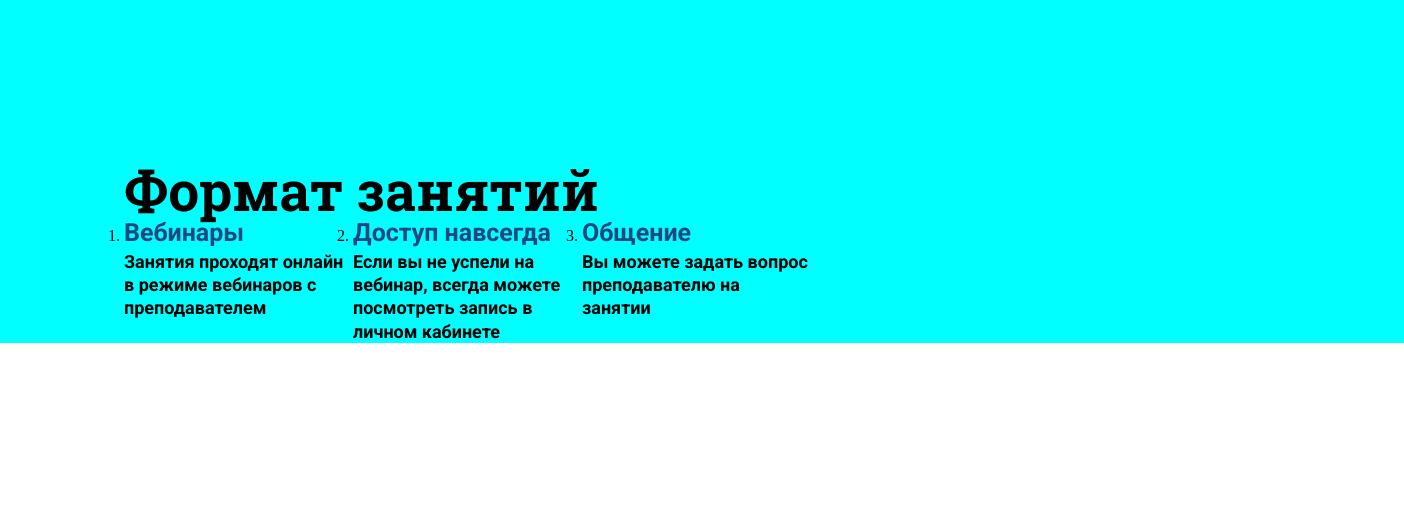
Repository: PoladEziz/Task2
Page: index.html
These files come from the project's save history. The page is drawn as it stood at one moment and after a run of saves; the edit follows.
The browser window is 1280 px wide. The page is 1404 px wide, so the pictures cover 1404 px, including what lies to the right of the window. The pictures show the whole page.

Above is the page before, as saved 2023-05-04 17:20:35.

### index.html
<!DOCTYPE html>
<html lang="en">

<head>
    <meta charset="UTF-8">
    <meta http-equiv="X-UA-Compatible" content="IE=edge">
    <meta name="viewport" content="width=device-width, initial-scale=1.0">
    <title>Document</title>
    <link rel="stylesheet" href="index.css">
</head>

<body>
    <div class="main">
        <div class="page-1">
            <h1>Формат занятий</h1>
            <div class="top_child">

                <ul>
                    <li>
                        <h2>Вебинары</h2>
                        <p>Занятия проходят онлайн
                            в режиме вебинаров
                            с преподавателем</p>
                    </li>

                    <li>
                        <h2>Доступ навсегда</h2>
                        <p>Если вы не успели на вебинар, всегда можете посмотреть запись в личном кабинете</p>
                    </li>

                    <li>
                        <h2>Общение</h2>
                        <p>Вы можете задать вопрос
                            преподавателю на занятии</p>
                    </li>


                </ul>
            </div>

        </div>
        <!-- <div class="page-2">
            <h1>Что узнаем</h1>
            <ul>
                <li>Кто чем занят в съёмочной группе; </li>
                <li>На какие этапы делится кинопроизводство; </li>
                <li>Как выглядит сценарий фильма и как он меняется по ходу съёмок; </li>
                <li>Какими методами режиссёры заставляют нас смеяться, плакать и грустить; </li>
                <li>Как построение кадра, музыка и свет помогают считывать заложенные в фильм смыслы; </li>
                <li>Какие жанры есть в кино и как от них зависит работа операторов, осветителей и монтажёров; </li>
                <li>Как, зная всё это, понимать, о чем фильм.</li>
            </ul>




        </div> -->


    </div>
</body>

</html>

### index.css
@import url('https://fonts.googleapis.com/css2?family=Roboto+Slab:wght@700&family=Roboto:wght@700&display=swap');

* {
    margin: 0;
    padding: 0;
}

.main {
    width: 100%;
    display: flex;
    flex-direction: column;
}

.page-1{
    width: 100%;
    background-color: aqua;
    padding-top: 162px;
    padding-left: 124px;
}

.page-1  h1 {
    font-family: "Roboto Slab";
    font-style: normal;
    font-weight: 700;
    font-size: 55px;
    line-height: 55px;
}
.page-1 ul{
    display: flex;
}
.page-1 ul li {
    list-style-type: noe;
    width: 229px;
}

.page-1 ul li h2 {
    font-family: 'Roboto';
    font-style: normal;
    font-weight: 700;
    font-size: 25px;
    line-height: 130%;
    color: #1E4681;
}

.page-1 ul li p {
    font-family: 'Roboto';
    font-style: normal;
    font-weight: 700;
    font-size: 18px;
    line-height: 130%;
}

.top_child {
    display: flex;
    flex-direction: row;
    width: 100%;
}

.page-1 h1 {
    width: 100%;
}

.bot_box {
    width: 100%;
    display: flex;
    flex-direction: column;
}

.bot_box h1 {
    font-family: Roboto Slab;
    font-size: 55px;
    font-weight: 700;
    line-height: 56px;
    text-align: left;

}

.bot_box ul li {
    font-family: Roboto;
    font-size: 24px;
    font-weight: 400;
    line-height: 36px;
    text-align: left;

}

After the next 2 saves:
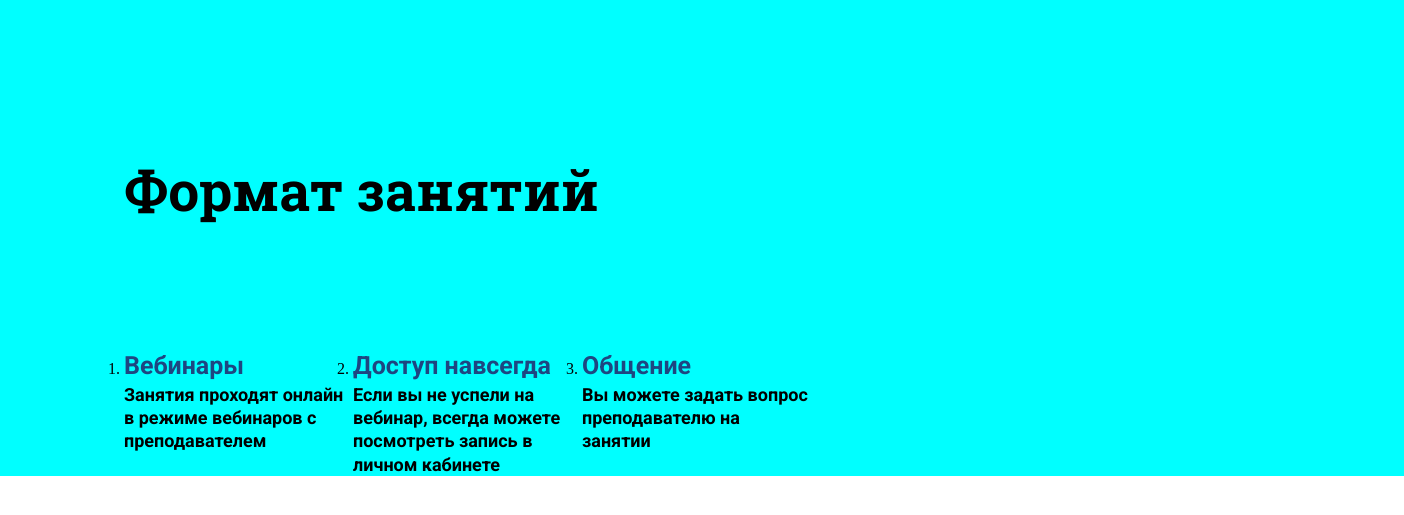
The 2 saves are shown as one change because they came seconds apart.
The last was saved 47 s later.
--- a/index.css
+++ b/index.css
@@ -19,6 +19,7 @@
 }
 
 .page-1  h1 {
+    margin-bottom: 133px;
     font-family: "Roboto Slab";
     font-style: normal;
     font-weight: 700;
